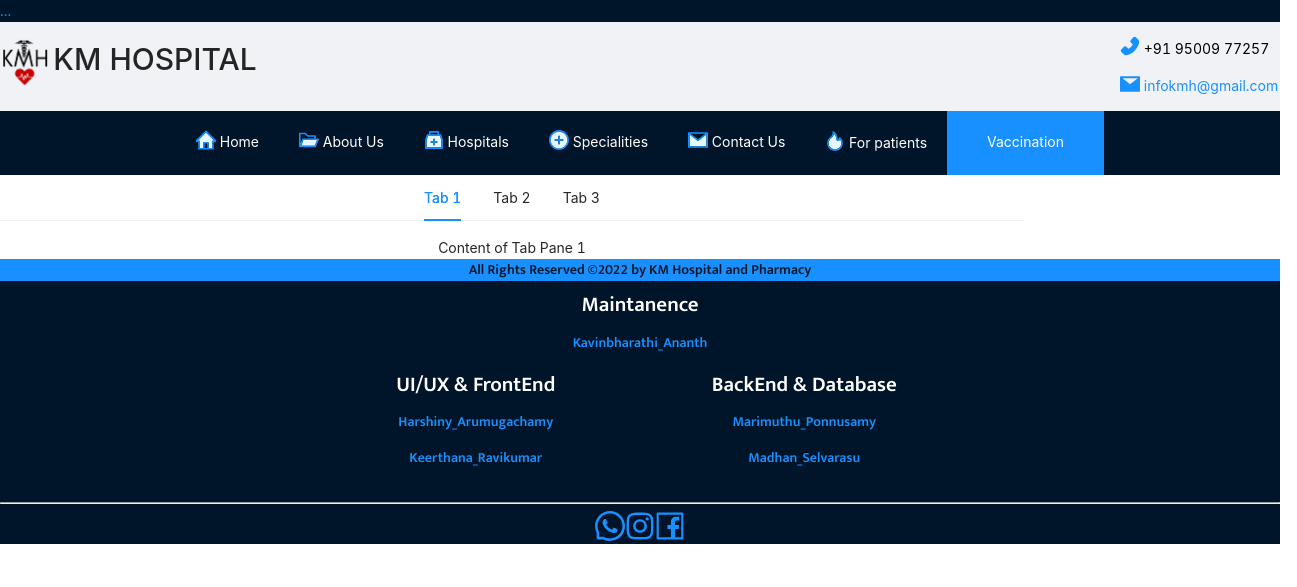
Repository: marimuthu1001/KHM-hospital
Page: /vaccination (app in km-hospital/)
An editor plug-in stored every save of this project. The page is shown before and after the next save, followed by the edit.
The browser window is 1280 px wide. The page is 1297 px wide, so the pictures cover 1297 px, including what lies to the right of the window. The pictures show the whole page.
The project was rebuilt for these pictures with package versions that can differ from the ones it lists, and the page was loaded fresh each time. Also part of the build but not shown: km-hospital/src/Pages/Home.jsx, km-hospital/src/Styles/ContactUs.module.css, km-hospital/src/Pages/ContactUs.jsx, km-hospital/src/Pages/AboutUS.jsx, km-hospital/src/Styles/Specialities.module.css, km-hospital/src/Pages/Specialities.jsx, km-hospital/src/Pages/For Patients/Bmi_Calculator.jsx, km-hospital/src/Styles/Appointment.module.css and 8 more.

Above is the page before, as saved 2022-03-02 20:21:38.

After the next save:
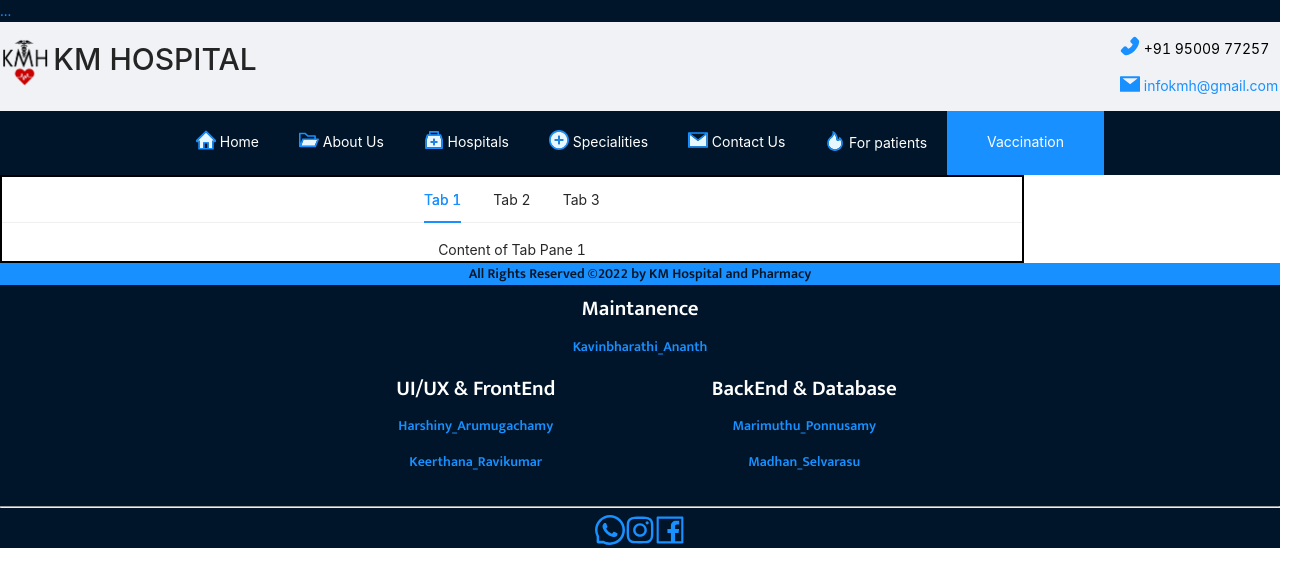
Saved 18 s later.
--- a/km-hospital/src/Styles/Vaccination.module.css
+++ b/km-hospital/src/Styles/Vaccination.module.css
@@ -1,4 +1,5 @@
 .tab{
     width:80%;
     text-align:center;
+    border:2px solid #000
 }
